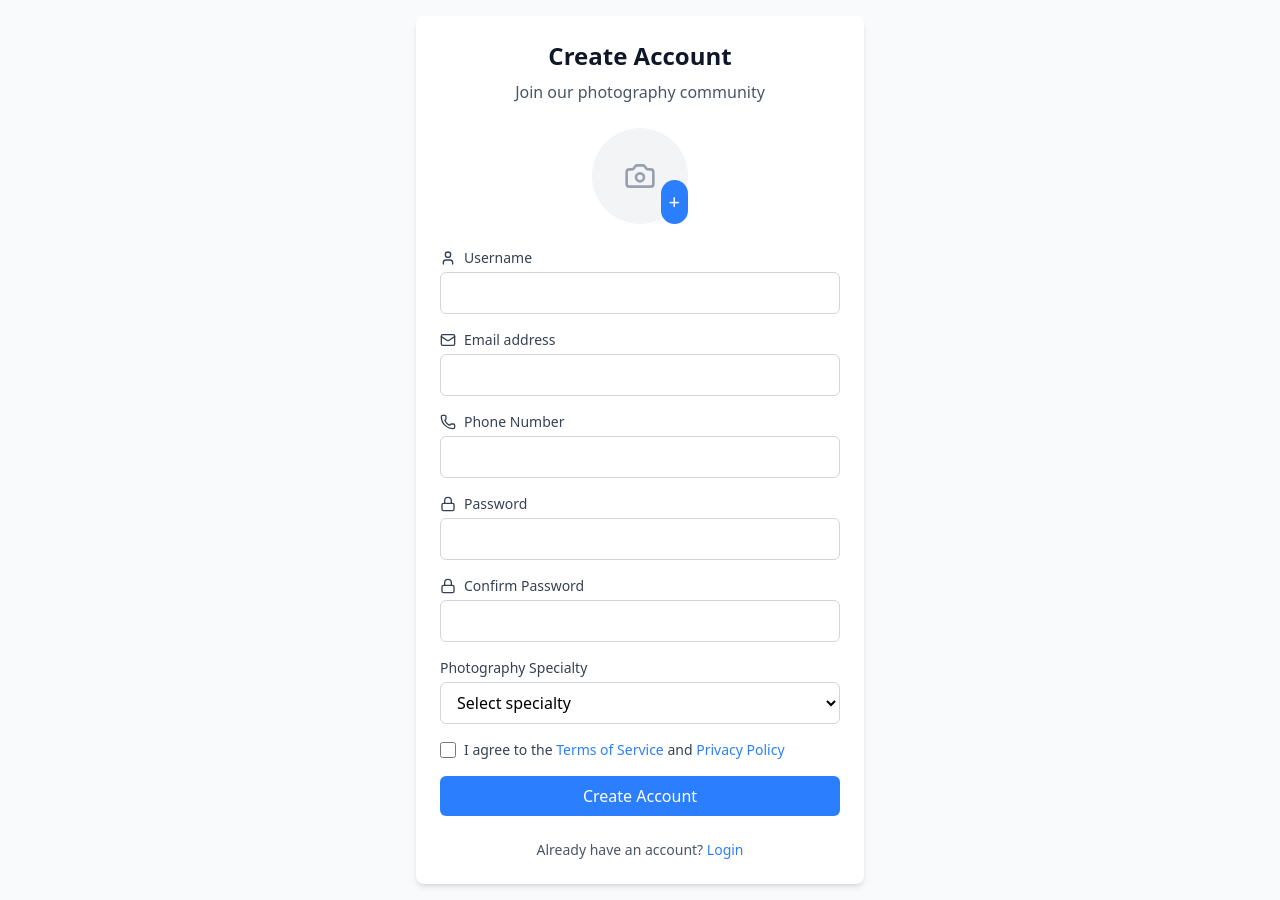
Repository: iamsirajacharya/FYP_Photographer_Booking_system
Page: /register (app in FrontEnd/)
The author's editor kept a copy of each file at every save. The page is drawn from the files as they stood at one save, then again after the next save.
The browser window is 1280 px wide. The pictures show the whole page.
The project was rebuilt for these pictures with package versions that can differ from the ones it lists, and the page was loaded fresh each time. Also part of the build but not shown: FrontEnd/src/components/Dashboard/Banner.jsx, FrontEnd/src/components/Dashboard/Navbar.jsx, FrontEnd/src/components/Dashboard/Home.jsx, FrontEnd/src/components/Authentication/Login.jsx.

Above is the page before, as saved 2025-02-28 23:12:12.

### FrontEnd/index.html
<!DOCTYPE html>
<html lang="en">
  <head>
    <meta charset="UTF-8" />
    <link rel="icon" type="image/svg+xml" href="/vite.svg" />
    <meta name="viewport" content="width=device-width, initial-scale=1.0" />
    <title>Vite + React</title>
    <link href="/src/index.css" rel="stylesheet" />
  </head>
  <body>
    <div id="root"></div>
    <script type="module" src="/src/main.jsx"></script>
  </body>
</html>

### FrontEnd/src/main.jsx
import React from "react";
import { StrictMode } from "react";
import { createRoot } from "react-dom/client";
import "./index.css";
import App from "./App.jsx";
import { BrowserRouter } from "react-router";

createRoot(document.getElementById("root")).render(
  <BrowserRouter>
    <App />
  </BrowserRouter>
);

### FrontEnd/src/App.jsx
import React from "react";
import { Routes, Route } from "react-router";
import Register from "../src/components/Authentication/Register";
import Home from "../src/components/Dashboard/Home";
import Login from "../src/components/Authentication/Login";

function App() {
  return (
    <Routes>
      <Route path="/" element={<Home />} />
      <Route path="/register" element={<Register />} />
      <Route path="/login" element={<Login />} />
    </Routes>
  );
}

export default App;

### FrontEnd/src/components/Authentication/Register.jsx
import React, { useState } from "react";
import axios from "axios";
import { AlertCircle, Camera, User, Mail, Phone, Lock } from "lucide-react";
import { useNavigate } from "react-router-dom";

const Register = () => {
  const navigate = useNavigate();
  const [formData, setFormData] = useState({
    Username: "",
    email: "",
    phone_number: "",
    password: "",
    confirmPassword: "",
    role: "",
    profilePhoto: null,
    agreesToTerms: false,
  });

  const [errors, setErrors] = useState({});
  const [photoPreview, setPhotoPreview] = useState(null);
  const [loading, setLoading] = useState(false);
  const [successMessage, setSuccessMessage] = useState("");

  const validateForm = () => {
    const newErrors = {};

    if (!formData.Username.trim()) {
      newErrors.Username = "Full name is required";
    }

    if (!formData.email.trim()) {
      newErrors.email = "Email is required";
    } else if (!/\S+@\S+\.\S+/.test(formData.email)) {
      newErrors.email = "Please enter a valid email";
    }

    if (!formData.phone_number.trim()) {
      newErrors.phone_number = "Phone number is required";
    } else if (!/^\+?[\d\s-]{10,}$/.test(formData.phone_number)) {
      newErrors.phone_number = "Please enter a valid phone number";
    }

    if (!formData.password) {
      newErrors.password = "Password is required";
    } else if (formData.password.length < 8) {
      newErrors.password = "Password must be at least 8 characters";
    }

    if (!formData.confirmPassword) {
      newErrors.confirmPassword = "Please confirm your password";
    } else if (formData.password !== formData.confirmPassword) {
      newErrors.confirmPassword = "Passwords do not match";
    }

    if (!formData.role.trim()) {
      newErrors.specialty = "Specialty is required";
    }

    if (!formData.agreesToTerms) {
      newErrors.agreesToTerms =
        "You must agree to the Terms and Privacy Policy";
    }

    setErrors(newErrors);
    return Object.keys(newErrors).length === 0;
  };

  const handleInputChange = (e) => {
    const { name, value, type, checked } = e.target;
    setFormData((prev) => ({
      ...prev,
      [name]: type === "checkbox" ? checked : value,
    }));
    if (errors[name]) {
      setErrors((prev) => ({ ...prev, [name]: "" }));
    }
  };
  const handlePhotoUpload = (e) => {
    const file = e.target.files[0];
    if (file) {
      setFormData((prev) => ({ ...prev, profilePhoto: file }));
      setPhotoPreview(URL.createObjectURL(file));
    }
  };

  // const handleSubmit = async (e) => {
  //   e.preventDefault();

  //   if (!validateForm()) {
  //     return;
  //   }

  //   setLoading(true);

  //   const formDataToSend = new FormData();
  //   formDataToSend.append("username", formData.Username);
  //   formDataToSend.append("email", formData.email);
  //   formDataToSend.append("password", formData.password);
  //   formDataToSend.append("phone_number", formData.phone_number);
  //   formDataToSend.append("speciality", formData.speciality);

  //   // Make sure to use profilePhoto instead of photo to match your state
  //   if (formData.profilePhoto) {
  //     formDataToSend.append("photo", formData.profilePhoto);
  //   }

  //   try {
  //     const response = await axios.post(
  //       "http://localhost:3001/api/users/register",
  //       formDataToSend,
  //       {
  //         headers: {
  //           "Content-Type": "application/json",
  //         },
  //         withCredentials: true,
  //       }
  //     );

  //     console.log("Registration successful:", response.data);
  //     setSuccessMessage("Registration successful! Redirecting to login...");
  //     setTimeout(() => navigate("/login"), 2000);
  //   } catch (error) {
  //     console.error(
  //       "Error registering user:",
  //       error.response?.data || error.message
  //     );
  //     setErrors({
  //       general:
  //         error.response?.data?.message || "Registration failed. Try again.",
  //     });
  //   } finally {
  //     setLoading(false);
  //   }
  // };

  const handleSubmit = async (e) => {
    e.preventDefault();
    if (!validateForm()) return;

    try {
      const response = await axios.post(
        "http://localhost:3001/api/users/register",
        formData,
        {
          headers: { "Content-Type": "application/json" },
        }
      );
      if (response.status === 201) {
        alert("User registered successfully!");
        navigate("/login");
      }
    } catch (error) {
      setErrors({
        apiError:
          error.response?.data?.message ||
          "Registration failed. Try again later.",
      });
    }
  };
  return (
    <div className="min-h-screen bg-gray-50 flex items-center justify-center p-4">
      <div className="max-w-md w-full bg-white rounded-lg shadow-md p-6 space-y-6">
        <div className="text-center">
          <h1 className="text-2xl font-bold text-gray-900">Create Account</h1>
          {successMessage && (
            <p className="text-green-600 text-center">{successMessage}</p>
          )}
          {errors.general && (
            <p className="text-red-600 text-center">{errors.general}</p>
          )}
          <p className="text-gray-600 mt-2">Join our photography community</p>
        </div>

        <form onSubmit={handleSubmit} className="space-y-4">
          <div className="flex justify-center mb-6">
            <div className="relative">
              <div className="w-24 h-24 rounded-full bg-gray-100 flex items-center justify-center overflow-hidden">
                {photoPreview ? (
                  <img
                    src={photoPreview}
                    alt="Profile preview"
                    className="w-full h-full object-cover"
                  />
                ) : (
                  <Camera className="w-8 h-8 text-gray-400" />
                )}
              </div>
              <label
                htmlFor="photo-upload"
                className="absolute bottom-0 right-0 bg-blue-500 rounded-full p-2 cursor-pointer"
              >
                <input
                  type="file"
                  id="photo-upload"
                  className="hidden"
                  accept="image/*"
                  onChange={handlePhotoUpload}
                />
                <span className="text-white text-xl">+</span>
              </label>
            </div>
          </div>

          <div className="space-y-4">
            <div>
              <label className="block text-sm font-medium text-gray-700">
                <div className="flex items-center space-x-2">
                  <User className="w-4 h-4" />
                  <span>Username</span>
                </div>
              </label>
              <input
                type="text"
                name="Username"
                value={formData.Username}
                onChange={handleInputChange}
                className={`mt-1 block w-full rounded-md border ${
                  errors.Username ? "border-red-300" : "border-gray-300"
                } px-3 py-2 focus:border-blue-500 focus:outline-none focus:ring-1 focus:ring-blue-500`}
              />
              {errors.Username && (
                <p className="mt-1 text-sm text-red-600 flex items-center">
                  <AlertCircle className="w-4 h-4 mr-1" />
                  {errors.Username}
                </p>
              )}
            </div>

            <div>
              <label className="block text-sm font-medium text-gray-700">
                <div className="flex items-center space-x-2">
                  <Mail className="w-4 h-4" />
                  <span>Email address</span>
                </div>
              </label>
              <input
                type="email"
                name="email"
                value={formData.email}
                onChange={handleInputChange}
                className={`mt-1 block w-full rounded-md border ${
                  errors.email ? "border-red-300" : "border-gray-300"
                } px-3 py-2 focus:border-blue-500 focus:outline-none focus:ring-1 focus:ring-blue-500`}
              />
              {errors.email && (
                <p className="mt-1 text-sm text-red-600 flex items-center">
                  <AlertCircle className="w-4 h-4 mr-1" />
                  {errors.email}
                </p>
              )}
            </div>

            <div>
              <label className="block text-sm font-medium text-gray-700">
                <div className="flex items-center space-x-2">
                  <Phone className="w-4 h-4" />
                  <span>Phone Number</span>
                </div>
              </label>
              <input
                type="tel"
                name="phone_number"
                value={formData.phone_number}
                onChange={handleInputChange}
                className={`mt-1 block w-full rounded-md border ${
                  errors.phone_number ? "border-red-300" : "border-gray-300"
                } px-3 py-2 focus:border-blue-500 focus:outline-none focus:ring-1 focus:ring-blue-500`}
              />
              {errors.phone_number && (
                <p className="mt-1 text-sm text-red-600 flex items-center">
                  <AlertCircle className="w-4 h-4 mr-1" />
                  {errors.phone_number}
                </p>
              )}
            </div>

            <div>
              <label className="block text-sm font-medium text-gray-700">
                <div className="flex items-center space-x-2">
                  <Lock className="w-4 h-4" />
                  <span>Password</span>
                </div>
              </label>
              <input
                type="password"
                name="password"
                value={formData.password}
                onChange={handleInputChange}
                className={`mt-1 block w-full rounded-md border ${
                  errors.password ? "border-red-300" : "border-gray-300"
                } px-3 py-2 focus:border-blue-500 focus:outline-none focus:ring-1 focus:ring-blue-500`}
              />
              {errors.password && (
                <p className="mt-1 text-sm text-red-600 flex items-center">
                  <AlertCircle className="w-4 h-4 mr-1" />
                  {errors.password}
                </p>
              )}
            </div>

            <div>
              <label className="block text-sm font-medium text-gray-700">
                <div className="flex items-center space-x-2">
                  <Lock className="w-4 h-4" />
                  <span>Confirm Password</span>
                </div>
              </label>
              <input
                type="password"
                name="confirmPassword"
                value={formData.confirmPassword}
                onChange={handleInputChange}
                className={`mt-1 block w-full rounded-md border ${
                  errors.confirmPassword ? "border-red-300" : "border-gray-300"
                } px-3 py-2 focus:border-blue-500 focus:outline-none focus:ring-1 focus:ring-blue-500`}
              />
              {errors.confirmPassword && (
                <p className="mt-1 text-sm text-red-600 flex items-center">
                  <AlertCircle className="w-4 h-4 mr-1" />
                  {errors.confirmPassword}
                </p>
              )}
            </div>

            <div>
              {errors.role && (
                <p className="mt-1 text-sm text-red-600 flex items-center">
                  <AlertCircle className="w-4 h-4 mr-1" />
                  {errors.role}
                </p>
              )}
              <label className="block text-sm font-medium text-gray-700">
                Photography Specialty
              </label>
              <select
                name="role" // corrected to match state
                value={formData.role}
                onChange={handleInputChange}
                className="mt-1 block w-full rounded-md border border-gray-300 px-3 py-2 focus:border-blue-500 focus:outline-none focus:ring-1 focus:ring-blue-500"
              >
                <option value="">Select specialty</option>
                <option value="Client">Client</option>
                <option value="Photographer">Photographer</option>
              </select>
            </div>

            <div className="flex items-center">
              <input
                type="checkbox"
                name="agreesToTerms"
                checked={formData.agreesToTerms}
                onChange={handleInputChange}
                className="h-4 w-4 text-blue-500 focus:ring-blue-500 border-gray-300 rounded"
              />
              <label className="ml-2 block text-sm text-gray-700">
                I agree to the{" "}
                <a href="#" className="text-blue-500 hover:text-blue-700">
                  Terms of Service
                </a>{" "}
                and{" "}
                <a href="#" className="text-blue-500 hover:text-blue-700">
                  Privacy Policy
                </a>
              </label>
            </div>
            {errors.agreesToTerms && (
              <p className="text-sm text-red-600 flex items-center">
                <AlertCircle className="w-4 h-4 mr-1" />
                {errors.agreesToTerms}
              </p>
            )}
          </div>

          <button
            type="submit"
            className="w-full bg-blue-500 text-white py-2 px-4 rounded-md hover:bg-blue-600 focus:outline-none focus:ring-2 focus:ring-blue-500 focus:ring-offset-2 transition-colors"
            disabled={loading}
          >
            {loading ? "Registering..." : "Create Account"}
          </button>
        </form>

        <div className="text-center text-sm">
          <span className="text-gray-600">Already have an account?</span>{" "}
          <a href="/login" className="text-blue-500 hover:text-blue-700">
            Login
          </a>
        </div>
      </div>
    </div>
  );
};

export default Register;

Loaded but not shown: FrontEnd/src/index.css (common file)

After the next save:
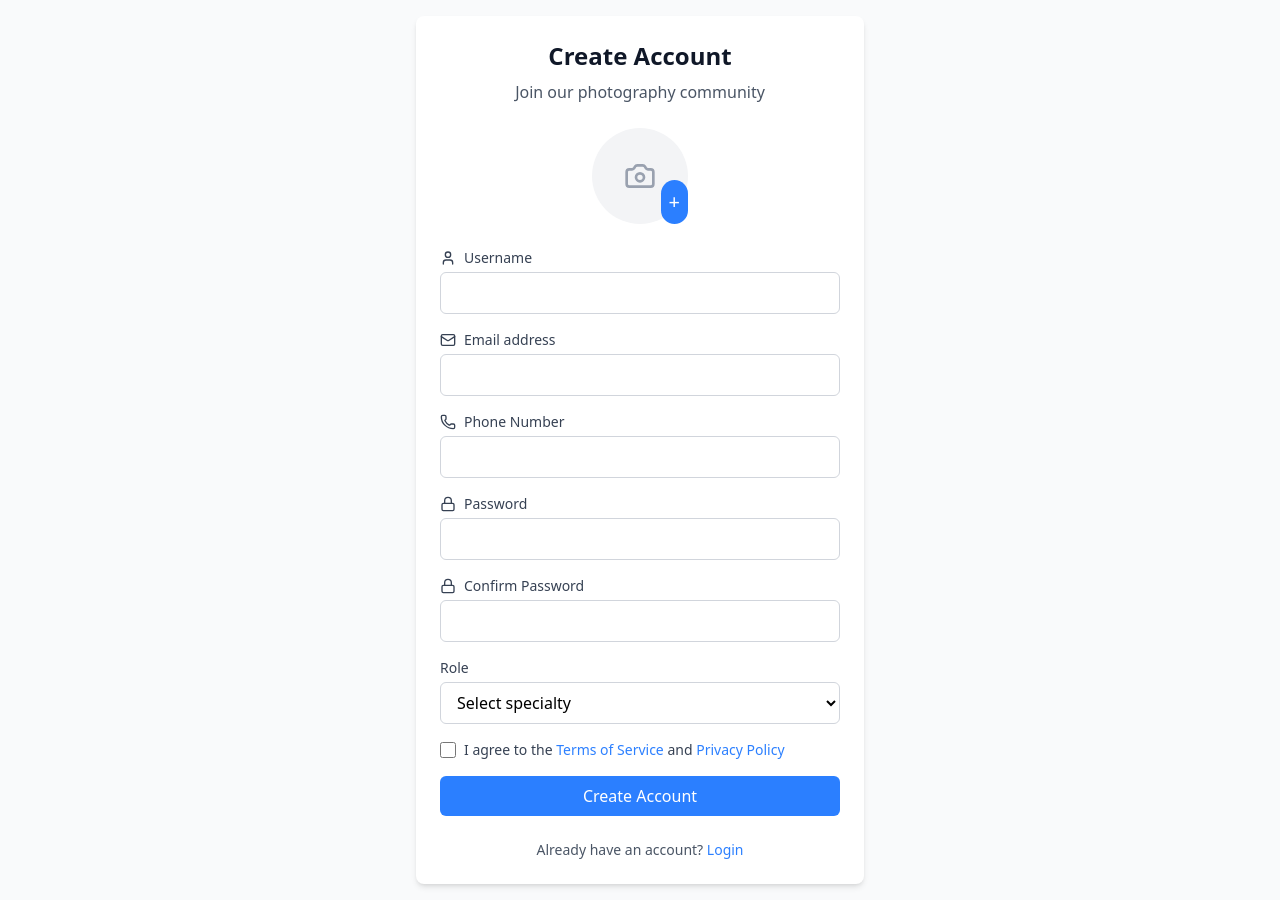
Saved 14 s later.
--- a/FrontEnd/src/components/Authentication/Register.jsx
+++ b/FrontEnd/src/components/Authentication/Register.jsx
@@ -330,7 +330,7 @@ const Register = () => {
                 </p>
               )}
               <label className="block text-sm font-medium text-gray-700">
-                Photography Specialty
+                Role
               </label>
               <select
                 name="role" // corrected to match state
